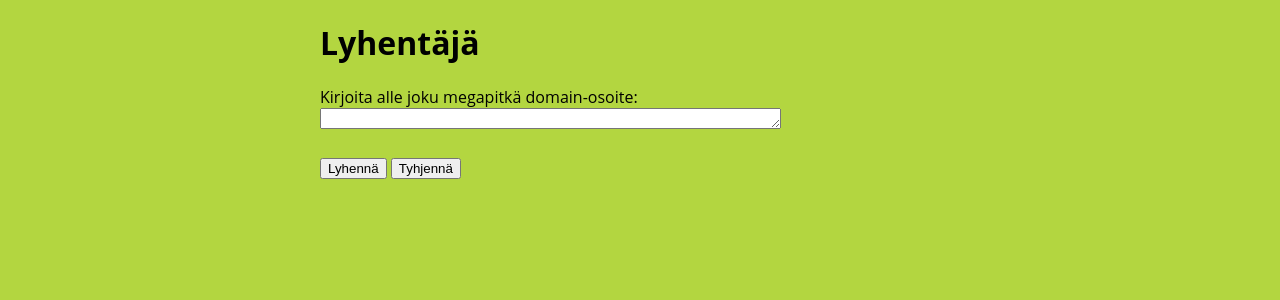
Repository: koodaajakige/knykanen
Page: public_html/redirect/lomake.html
The author's editor kept a copy of each file at every save. The page is drawn from the files as they stood at one save, then again after the next save.
The browser window is 1280 px wide. The pictures show the whole page.

Above is the page before, as saved 2023-01-12 12:14:24.

After the next save:
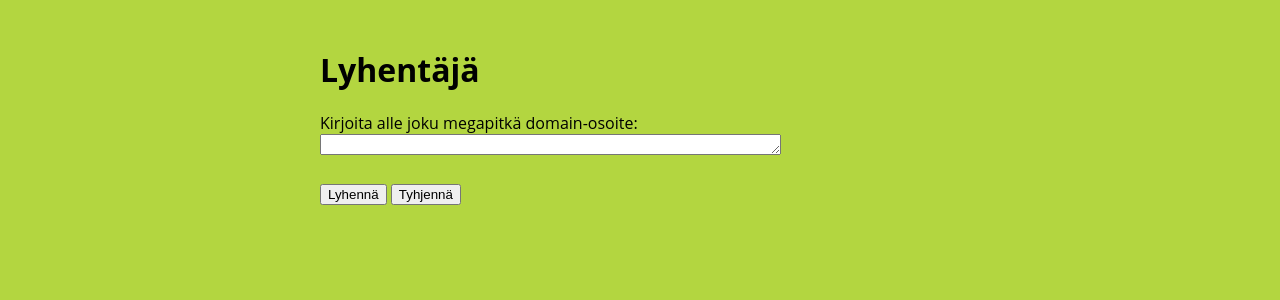
Saved 27 s later.
--- a/public_html/redirect/kigestyle.css
+++ b/public_html/redirect/kigestyle.css
@@ -5,5 +5,5 @@ body {
     background-color: rgb(179, 214, 64);
     max-width: 40em;
 	width: 90%;
-	margin: 1em auto;
+	margin: 3em auto;
 }
